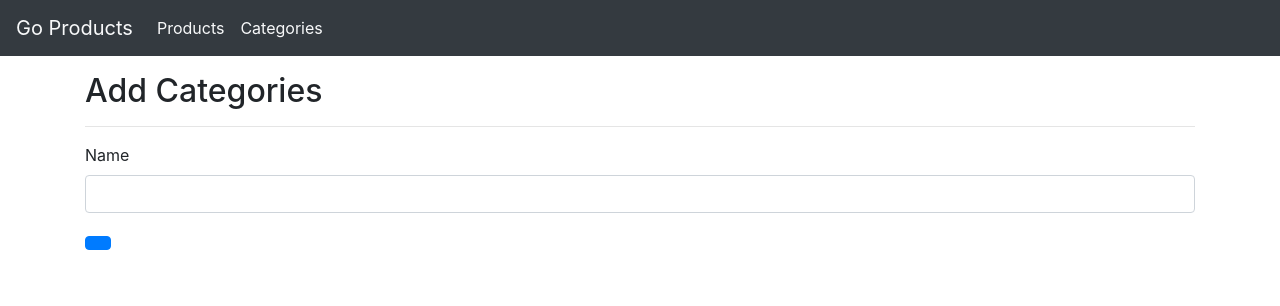
Repository: Nouthemoran/go-web-native-crud
Page: views/category/create.html
The author's editor kept a copy of each file at every save. The page is drawn from the files as they stood at one save, then again after a run of saves.
The browser window is 1280 px wide. The pictures show the whole page.

Above is the page before, as saved 2023-10-05 15:59:59.

After the next 2 saves:
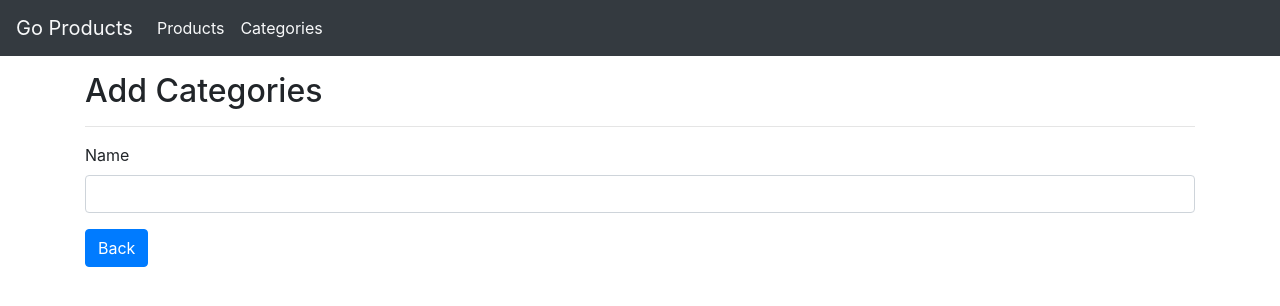
The 2 saves are shown as one change because they came seconds apart.
The last was saved 12 s later.
--- a/views/category/create.html
+++ b/views/category/create.html
@@ -41,7 +41,7 @@
 
               </div>
               <div class="float-end">
-                <a href="/categories" class="btn btn-primary"></a>
+                <a href="/categories" class="btn btn-primary">Back</a>
               </div>
         </form>
     </div>
